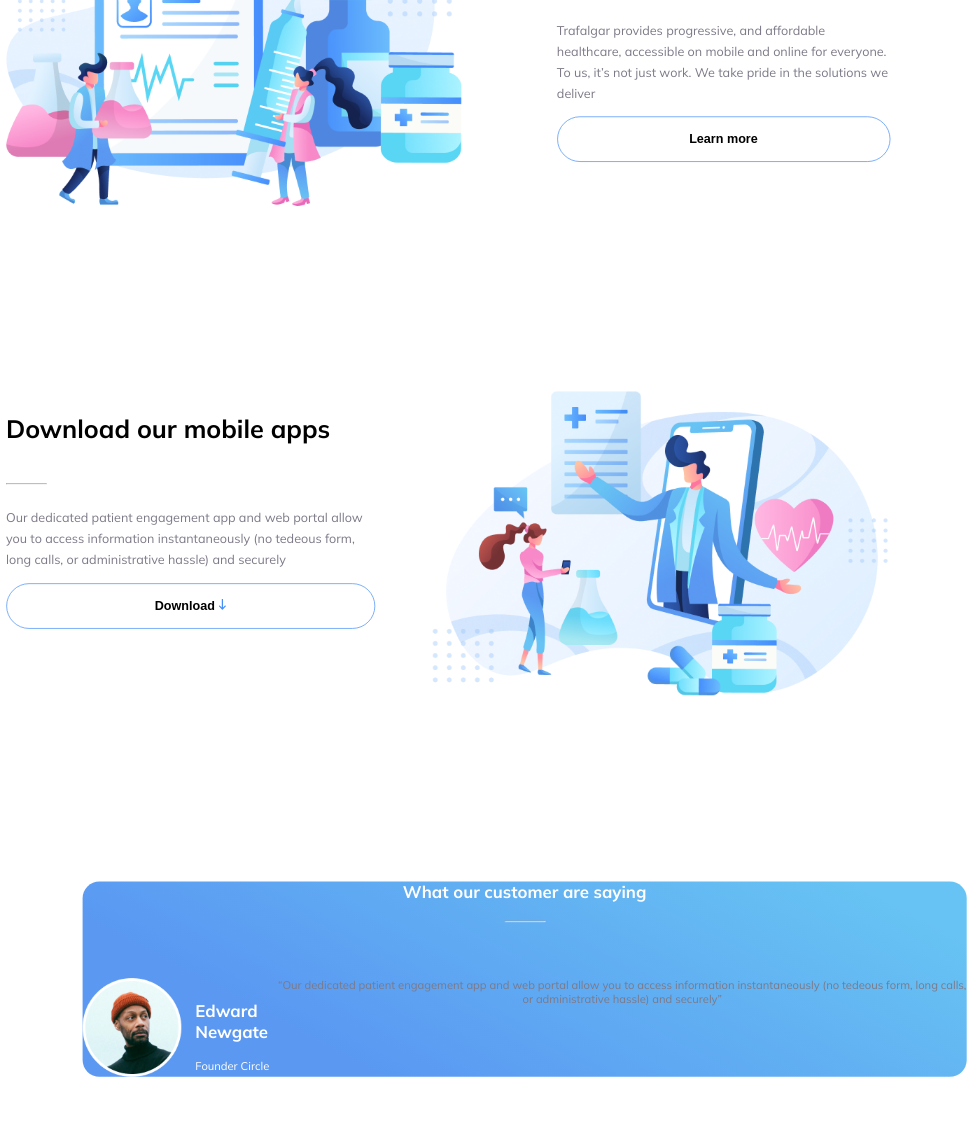
Repository: ivan-developer-01/trafalgar-layout
Page: index.html
An editor plug-in stored every save of this project. The page is shown before and after the next save, followed by the edit.
The browser window is 1280 px wide. The page is 1381 px wide, so the pictures cover 1381 px, including what lies to the right of the window. The pictures show the part of the page from y = 2385 to 4145 px (the page is 4013 px tall before and 4145 px after), at 70% of full size.

Above is the page before, as saved 2024-11-08 15:25:21.

### index.html
<!DOCTYPE html>
<html lang="en">
<head>
	<meta charset="UTF-8">
	<meta http-equiv="X-UA-Compatible" content="IE=edge">
	<meta name="viewport" content="width=device-width, initial-scale=1.0">
	<title>Trafalgar Services</title>
	<link rel="preconnect" href="https://fonts.googleapis.com">
	<link rel="preconnect" href="https://fonts.gstatic.com" crossorigin>
	<link href="https://fonts.googleapis.com/css2?family=Mulish:ital,wght@0,200;0,300;0,400;0,500;0,600;0,700;0,800;0,900;1,200;1,300;1,400;1,500;1,600;1,700;1,800;1,900&display=swap" rel="stylesheet">
	<link rel="stylesheet" href="style.css">
</head>
<body>
	<header class="header">
		<div class="container">
			<!-- left part -->
			<div>
				<div class="logo">
					<img src="images/logo.png" alt="Trafalgar Logo">
				</div>
			</div>

			<!-- right part -->
			<div>
				<nav>
					<a href="#" class="nav__link nav__link-main">Home</a>
					<a href="#" class="nav__link">Find a doctor</a>
					<a href="#" class="nav__link">Apps</a>
					<a href="#" class="nav__link">Testimonials</a>
					<a href="#" class="nav__link">About us</a>
				</nav>
			</div>
		</div>
	</header>

	<main>
		<section class="main-info">
			<div class="container">
				<!-- left part -->
				<div>
					<h1>Virtual healthcare for you</h1>

					<p>Trafalgar provides progressive, and affordable healthcare, accessible on mobile and online for everyone</p>

					<button class="button round-button bg-blue">Consult today</button>
				</div>

				<!-- right part -->
				<div>
					<img src="images/hero.png" alt="Trafalgar hero image">
				</div>
			</div>

			<div class="overlay"></div>
		</section>

		<section class="our-services">
			<div class="container">
				<h2>Our services</h2>
				<hr>

				<p>We provide to you the best choiches for you. Adjust it to your health needs and make sure your undergo treatment with our highly qualified doctors you can consult with us which type of service is suitable for your health</p>

				<div class="cards">
					<div class="card">
						<img src="images/our-services/cards/search-doctor.svg" alt="Search doctor">
						<h3>Search doctor</h3>
						<p>Choose your doctor from thousands of specialist, general, and trusted hospitals</p>
					</div>
					<div class="card">
						<img src="images/our-services/cards/online-pharmacy.svg" alt="Online pharmacy">
						<h3>Online pharmacy</h3>
						<p>Buy  your medicines with our mobile application with a simple delivery system</p>
					</div>
					<div class="card">
						<img src="images/our-services/cards/consultation.svg" alt="Consultation">
						<h3>Consultation</h3>
						<p>Free consultation with our trusted doctors and get the best recomendations</p>
					</div>
					<div class="card">
						<img src="images/our-services/cards/details-info.svg" alt="Details info">
						<h3>Details info</h3>
						<p>Free consultation with our trusted doctors and get the best recomendations</p>
					</div>
					<div class="card">
						<img src="images/our-services/cards/emergency-care.svg" alt="Emergency care">
						<h3>Emergency care</h3>
						<p>You can get 24/7 urgent care for yourself or your children and your
lovely family</p>
					</div>
					<div class="card">
						<img src="images/our-services/cards/tracking.svg" alt="Tracking">
						<h3>Tracking</h3>
						<p>Track and save your medical history and health data</p>
					</div>
				</div>

				<button class="button round-button">Learn more</button>
			</div>

			<div class="overlay"></div>
			<div class="top-overlay"></div>
		</section>

		<section class="apps">
			<div class="container">
				<div class="flex-two-blocks">
					<!-- left part -->
					<div>
						<div class="image">
							<img src="images/apps/leading-healthcare-providers.png" alt="Leading healthcare providers">
						</div>
					</div>

					<!-- right part -->
					<div>
						<h2>Leading healthcare providers</h2>
						<hr>
						<p>
							Trafalgar provides progressive, and affordable healthcare, accessible on mobile and online for everyone. To us, it’s not just work. We take pride in the solutions we deliver
						</p>

						<button class="button round-button">Learn more</button>
					</div>
				</div>

				<div class="flex-two-blocks">
					<!-- left part -->
					<div>
						<h2>Download our mobile apps</h2>
						<hr>
						<p>
							Our dedicated patient engagement app and web portal allow you to access information instantaneously (no tedeous form, long calls, or administrative hassle) and securely
						</p>

						<button class="button round-button">Download
							<img src="images/arrow-download.svg" alt="Download icon">
						</button>
					</div>

					<!-- right part -->
					<div>
						<div class="image">
							<img src="images/apps/mobile-apps.png" alt="Mobile apps">
						</div>
					</div>
				</div>
			</div>
		</section>

		<section class="reviews">
			<div class="container">
				<h2>What our customer are saying</h2>
				<hr>
				<div class="review-slider">
					<div class="review">
						<div class="user">
							<img src="images/reviews/avatar-1.png" alt="Avatar" class="avatar">
							<div class="user-credentials">
								<h3>Edward Newgate</h3>
								<span>Founder Circle</span>
							</div>
						</div>

						<div class="review-text">
							<p>
								“Our dedicated patient engagement app and web portal allow you to access information instantaneously (no tedeous form, long calls, or administrative hassle) and securely”
							</p>
						</div>
					</div>
				</div>
			</div>
		</section>
	</main>
</body>
</html>

### style.css
html,
body {
	width: 100vw;
	margin: 0;
	padding: 0;
	font-family: 'Mulish', sans-serif;
}

.container {
	width: 100%;
	max-width: 1263px;
	margin: 0 auto;
}

section hr {
	width: 56px;
	margin-top: 26px;
	margin-bottom: 33px;
}

h1 {
	font-size: 48px;
}

h3 {
	font-size: 24px;
}

p {
	color: #7D7987;
	margin-top: 0;
}

.button {
	/* appearance: none; */
	border: 1px solid #458FF6;
	background: transparent;
	cursor: pointer;
	font-weight: 700;
	font-size: 18px;
	padding: 21px 41px;
}

.button.round-button {
	border-radius: 999px;
}

.bg-blue {
	background-color: #458FF6;
	color: #FFF;
}

/* header */
.header {
	padding-top: 56px;
}

.header .container {
	display: flex;
	justify-content: space-between;
	align-items: center;
}

.header nav {
	display: flex;
	gap: 40px;
	font-size: 18px;
}

.header nav a {
	text-decoration: none;
	color: #8f8a9a;
}

.header .nav__link-main {
	color: #1F1534;
}
/* /header */

/* main-info */
.main-info {
	position: relative;
}

.main-info .overlay {
	position: absolute;
	top: 0;
	left: 0;
	right: 0;
	bottom: 0;
	background-image: url(images/main-info-overlay.png);
	background-repeat: no-repeat;
	z-index: -1;
}

.main-info .container {
	display: flex;
	justify-content: space-between;
	align-items: center;
	gap: 109px;
}

.main-info p {
	font-size: 21px;
	line-height: 32px;
	margin-top: 25px;
	margin-bottom: 45px;
}
/* /main-info */

/* our-services */
.our-services {
	margin-top: 190px;
	position: relative;
}

.our-services .overlay,
.our-services .top-overlay {
	position: absolute;
	right: 0;
	bottom: 0;
	left: 0;
	background-repeat: no-repeat;
	z-index: -1;
	pointer-events: none;
}

.our-services .overlay {
	top: calc(20% - 44px);
	background-image: url(images/our-services/our-services-overlay.svg);
}

.our-services .top-overlay {
	top: 46%;
	left: 76%;
	background-image: url(images/our-services/our-services-top-overlay.svg);
}

.our-services .container {
	text-align: center;
}

.our-services p {
	max-width: 952px;
	margin: 0 auto;
}

.our-services .cards {
	display: grid;
	grid-template-columns: repeat(3, 1fr);
	gap: 34px;
	margin-top: 80px;
	position: relative;
	background: transparent;
}

.our-services .cards .card {
	box-shadow: 10px 40px 50px 0px #E5E9F666;
	/* top right bottom left */
	width: calc(350px - 52px - 36px);
	height: calc(354px - 58px - 47px);
	border-radius: 20px;
	padding: 58px 52px 47px 36px;
	text-align: left;
	background: #FFF;
	z-index: 1;
}

.our-services .cards .card p {
	font-size: 16px;
	line-height: 28px;
}

.our-services .cards .card h3 {
	margin-top: 36.25px;
}

.our-services .button {
	margin-top: 72px;
	color: #458FF6;
	border-width: 1.4px;
	min-width: 200px;
}
/* /our-services */

/* apps */
.apps {
	margin-top: 220px;
}

.apps .container {
	display: grid;
	gap: 265px;
}

.apps .flex-two-blocks {
	display: flex;
}

.apps .flex-two-blocks div {
	display: flex;
	flex-direction: column;
}

.apps .flex-two-blocks h2 {
	font-size: 36px;
}

.apps .flex-two-blocks hr {
	text-align: left;
	width: 56px;
	margin-left: 0;
	margin-right: 0;
}

.apps .flex-two-blocks p {
	font-size: 18px;
	line-height: 30px;
}

.apps .flex-two-blocks:first-child {
	gap: 137px;
}

.apps .flex-two-blocks:last-child {
	gap: 71px;
}
/* /apps */

/* reviews */
.reviews {
	margin-top: 266px;
}

.reviews .container {
	background: linear-gradient(208.18deg, #67C3F3 9.05%, #5A98F2 76.74%);
	color: white;
	text-align: center;
	margin: 64px 118px 89px 118px;
	border-radius: 24px;
}

.review-slider .review {
	display: flex;
	justify-content: center;
	margin-top: 80px;
}

.review-slider .review .user {
	display: flex;
	align-items: center;
	gap: 20px;
	text-align: left;
}
/* /reviews */

After the next save:
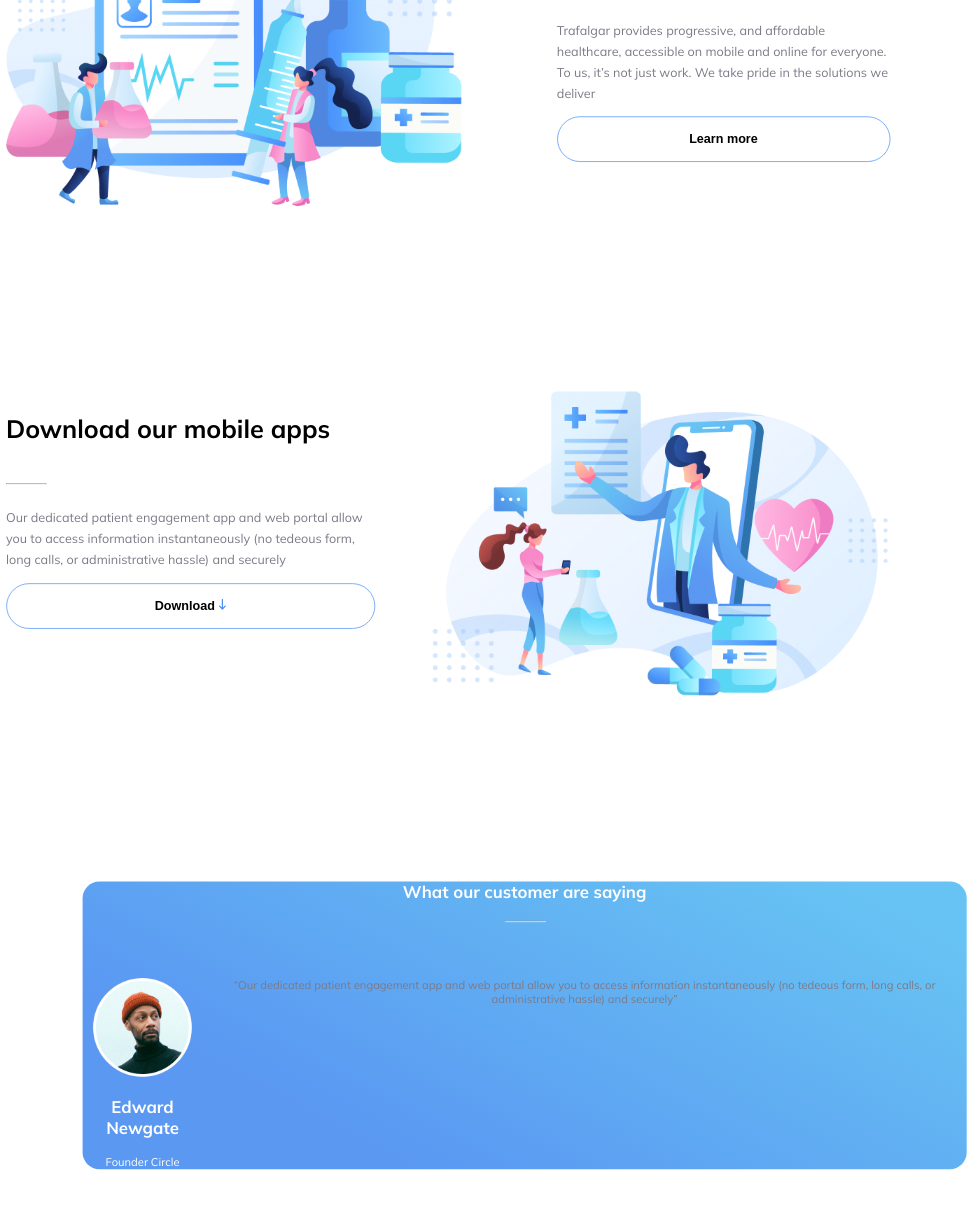
Saved 18 s later.
--- a/style.css
+++ b/style.css
@@ -246,10 +246,10 @@ p {
 	margin-top: 80px;
 }
 
-.review-slider .review .user {
+/* .review-slider .review .user {
 	display: flex;
 	align-items: center;
 	gap: 20px;
 	text-align: left;
-}
+} */
 /* /reviews */
